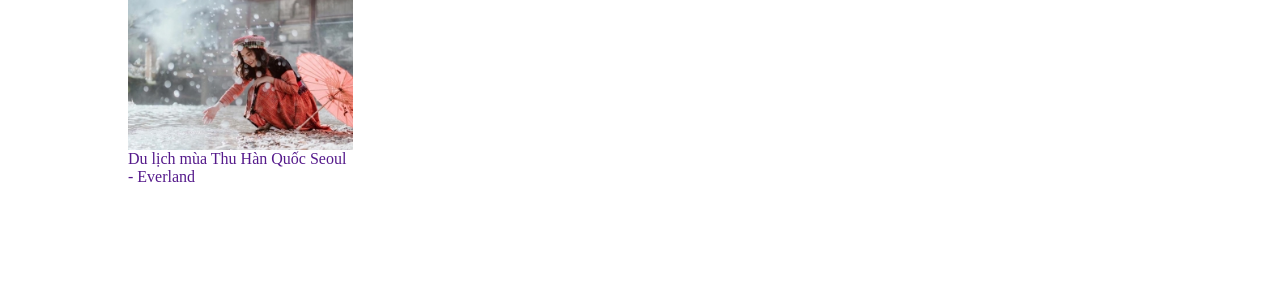
Repository: hoang71299/fe_26
Page: buoi 6/2.html
The author's editor kept a copy of each file at every save. The page is drawn from the files as they stood at one save, then again after the next save.
The browser window is 1280 px wide. The pictures show the whole page.

Above is the page before, as saved 2022-08-30 15:26:19.

After the next save:
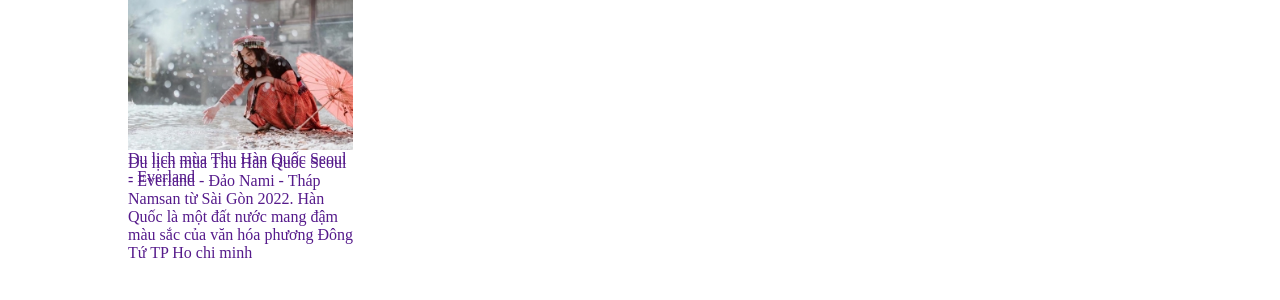
Saved 6 s later.
--- a/buoi 6/2.css
+++ b/buoi 6/2.css
@@ -33,8 +33,8 @@ a.top{
 .top .content{
     width: 100%;
     height: 150px;
-    position: relative;
-    overflow: hidden;
+    /* position: relative; */
+    /* overflow: hidden; */
 }
 a.top .content .hinhsp{
     width: 100%;
